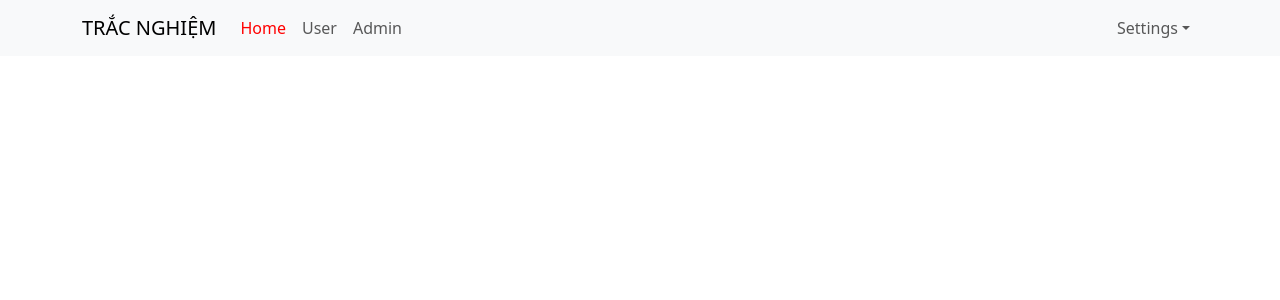
Repository: bichtram-1/webTN
Page: /
These files come from the project's save history. The page is drawn as it stood at one moment and after a run of saves; the edit follows.
The browser window is 1280 px wide. The pictures show the whole page.
The project was rebuilt for these pictures with package versions that can differ from the ones it lists, and the page was loaded fresh each time. Also part of the build but not shown: src/components/User/User.js, src/components/Admin/Admin.js.

Above is the page before, as saved 2025-08-18 18:39:55.

After the next 2 saves:
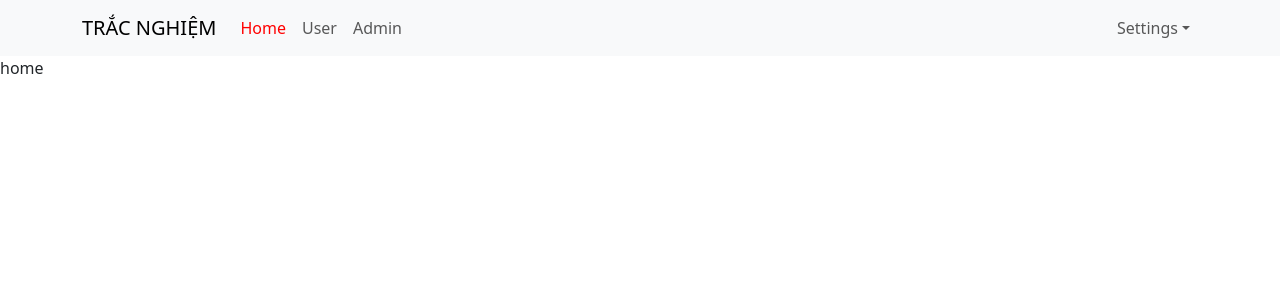
The 2 saves are shown as one change because 1 did not build or start.
The last was saved 54 s later.
--- a/src/components/Home/Homepage.js
+++ b/src/components/Home/Homepage.js
@@ -1,7 +1,8 @@
 const HomePage=(props)=>{
-return
-<div className="homwpage-container">
-Home
-</div>
+    return (
+        <div>
+            home
+        </div>
+    )
 }
 export default HomePage;
